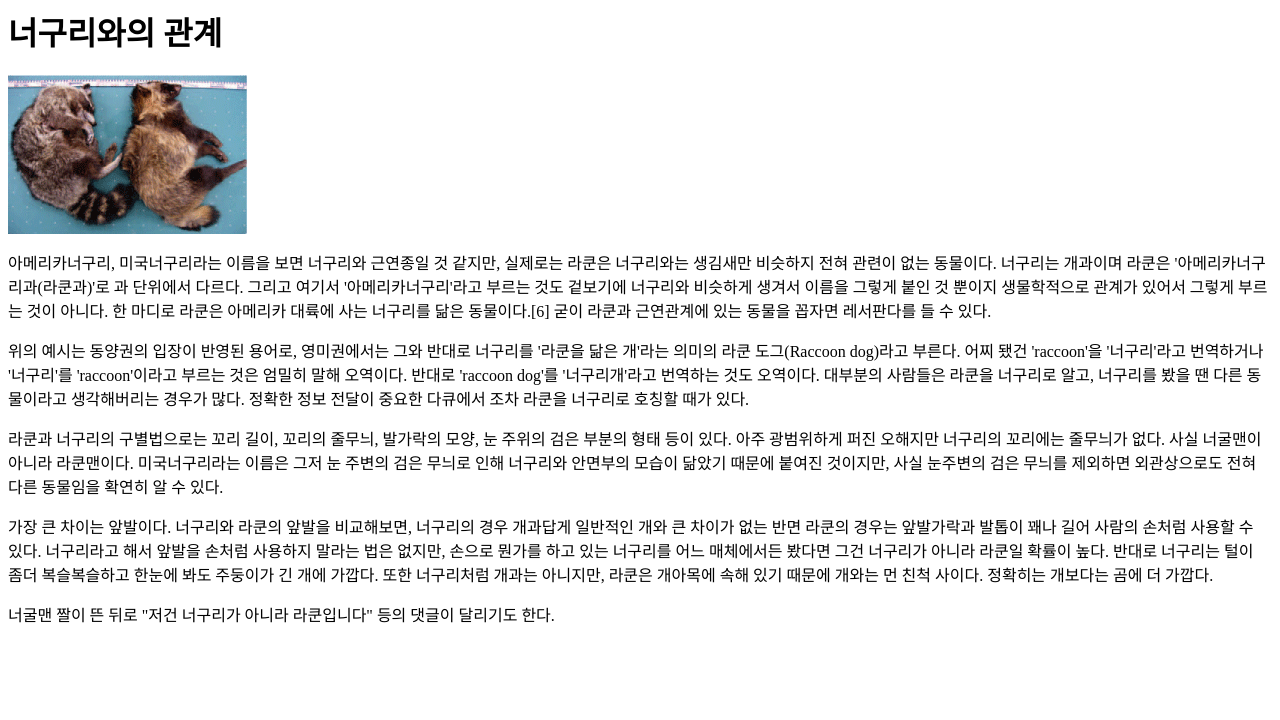
Repository: sangeun100/html
Page: http://localhost/about/about2
These files come from the project's save history. The page is drawn as it stood at one moment and after the next save; the edit follows.
The browser window is 1280 px wide. The pictures show the whole page.
The page is this project's Thymeleaf template; nobody is signed in. The template is opened directly, without the code that normally fills it, so the values that code supplies are empty.

Above is the page before, as saved 2022-05-24 06:25:04.

### day061/src/main/resources/templates/about/about2.html
<meta charset="UTF-8">

<!-- <script>
$(document).ready(function () {
	var imgs = ['img/a1.jfif'];
});
</script>
 -->
<h1>너구리와의 관계</h1>
<img src="img/019.gif">
<div>
	    <p>아메리카너구리, 미국너구리라는 이름을 보면 너구리와 근연종일 것 같지만, 실제로는 라쿤은 너구리와는 생김새만
		비슷하지 전혀 관련이 없는 동물이다. 너구리는 개과이며 라쿤은 '아메리카너구리과(라쿤과)'로 과 단위에서 다르다. 그리고
		여기서 '아메리카너구리'라고 부르는 것도 겉보기에 너구리와 비슷하게 생겨서 이름을 그렇게 붙인 것 뿐이지 생물학적으로 관계가
		있어서 그렇게 부르는 것이 아니다. 한 마디로 라쿤은 아메리카 대륙에 사는 너구리를 닮은 동물이다.[6] 굳이 라쿤과
		근연관계에 있는 동물을 꼽자면 레서판다를 들 수 있다. </P>
		<p>위의 예시는 동양권의 입장이 반영된 용어로, 영미권에서는 그와 반대로
		너구리를 '라쿤을 닮은 개'라는 의미의 라쿤 도그(Raccoon dog)라고 부른다. 어찌 됐건 'raccoon'을
		'너구리'라고 번역하거나 '너구리'를 'raccoon'이라고 부르는 것은 엄밀히 말해 오역이다. 반대로 'raccoon
		dog'를 '너구리개'라고 번역하는 것도 오역이다.
		대부분의 사람들은 라쿤을 너구리로 알고, 너구리를 봤을 땐 다른 동물이라고
		생각해버리는 경우가 많다. 정확한 정보 전달이 중요한 다큐에서 조차 라쿤을 너구리로 호칭할 때가 있다.</P>
		<p>라쿤과 너구리의
		구별법으로는 꼬리 길이, 꼬리의 줄무늬, 발가락의 모양, 눈 주위의 검은 부분의 형태 등이 있다. 아주 광범위하게 퍼진
		오해지만 너구리의 꼬리에는 줄무늬가 없다. 사실 너굴맨이 아니라 라쿤맨이다.
		미국너구리라는 이름은 그저 눈 주변의 검은 무늬로
		인해 너구리와 안면부의 모습이 닮았기 때문에 붙여진 것이지만, 사실 눈주변의 검은 무늬를 제외하면 외관상으로도 전혀 다른
		동물임을 확연히 알 수 있다.</P>
		<p>가장 큰 차이는 앞발이다. 너구리와 라쿤의 앞발을 비교해보면, 너구리의 경우 개과답게 일반적인
		개와 큰 차이가 없는 반면 라쿤의 경우는 앞발가락과 발톱이 꽤나 길어 사람의 손처럼 사용할 수 있다. 너구리라고 해서 앞발을
		손처럼 사용하지 말라는 법은 없지만, 손으로 뭔가를 하고 있는 너구리를 어느 매체에서든 봤다면 그건 너구리가 아니라 라쿤일
		확률이 높다. 반대로 너구리는 털이 좀더 복슬복슬하고 한눈에 봐도 주둥이가 긴 개에 가깝다. 또한 너구리처럼 개과는 아니지만,
		라쿤은 개아목에 속해 있기 때문에 개와는 먼 친척 사이다. 정확히는 개보다는 곰에 더 가깝다.</P>
		<p>너굴맨 짤이 뜬 뒤로 "저건
		너구리가 아니라 라쿤입니다" 등의 댓글이 달리기도 한다.</p>
</div>

After the next save:
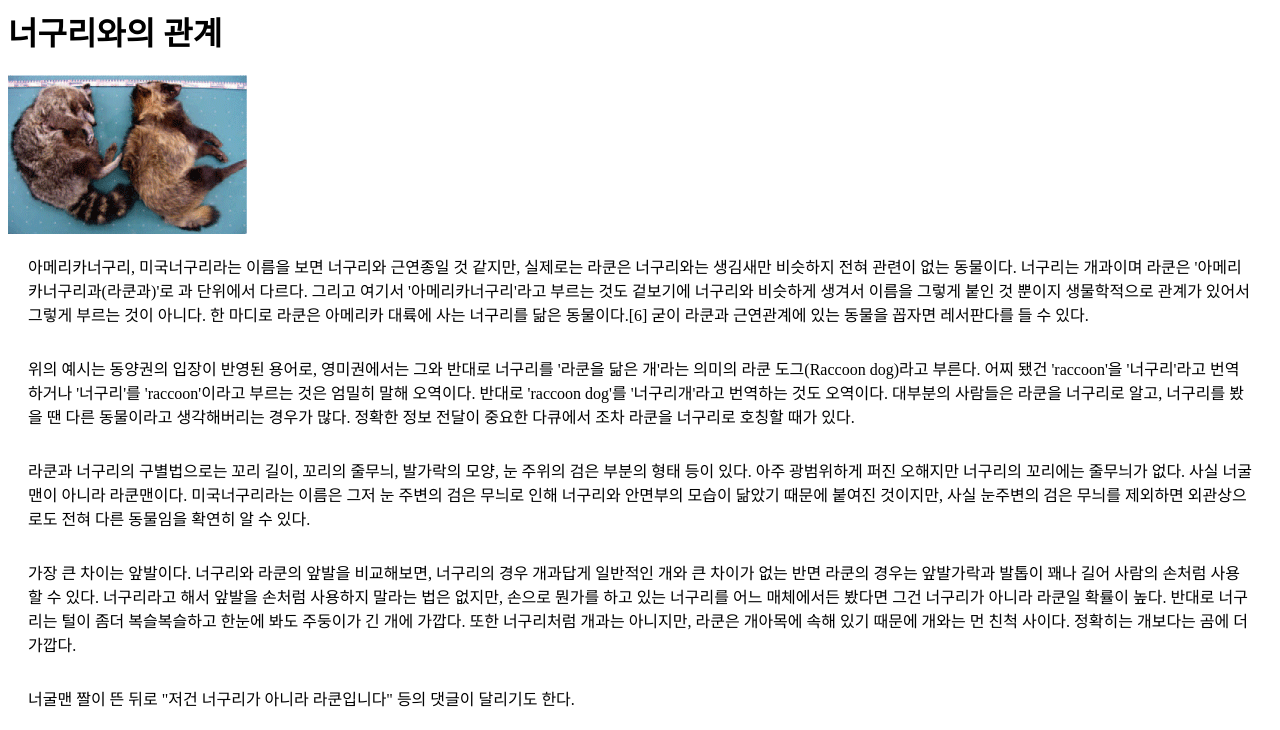
Saved 88 s later.
--- a/day061/src/main/resources/templates/about/about2.html
+++ b/day061/src/main/resources/templates/about/about2.html
@@ -1,11 +1,10 @@
 <meta charset="UTF-8">
-
-<!-- <script>
-$(document).ready(function () {
-	var imgs = ['img/a1.jfif'];
-});
-</script>
- -->
+<style>
+	div > p{
+	margin: 10px;
+	padding: 10px;
+	}
+</style>
 <h1>너구리와의 관계</h1>
 <img src="img/019.gif">
 <div>
